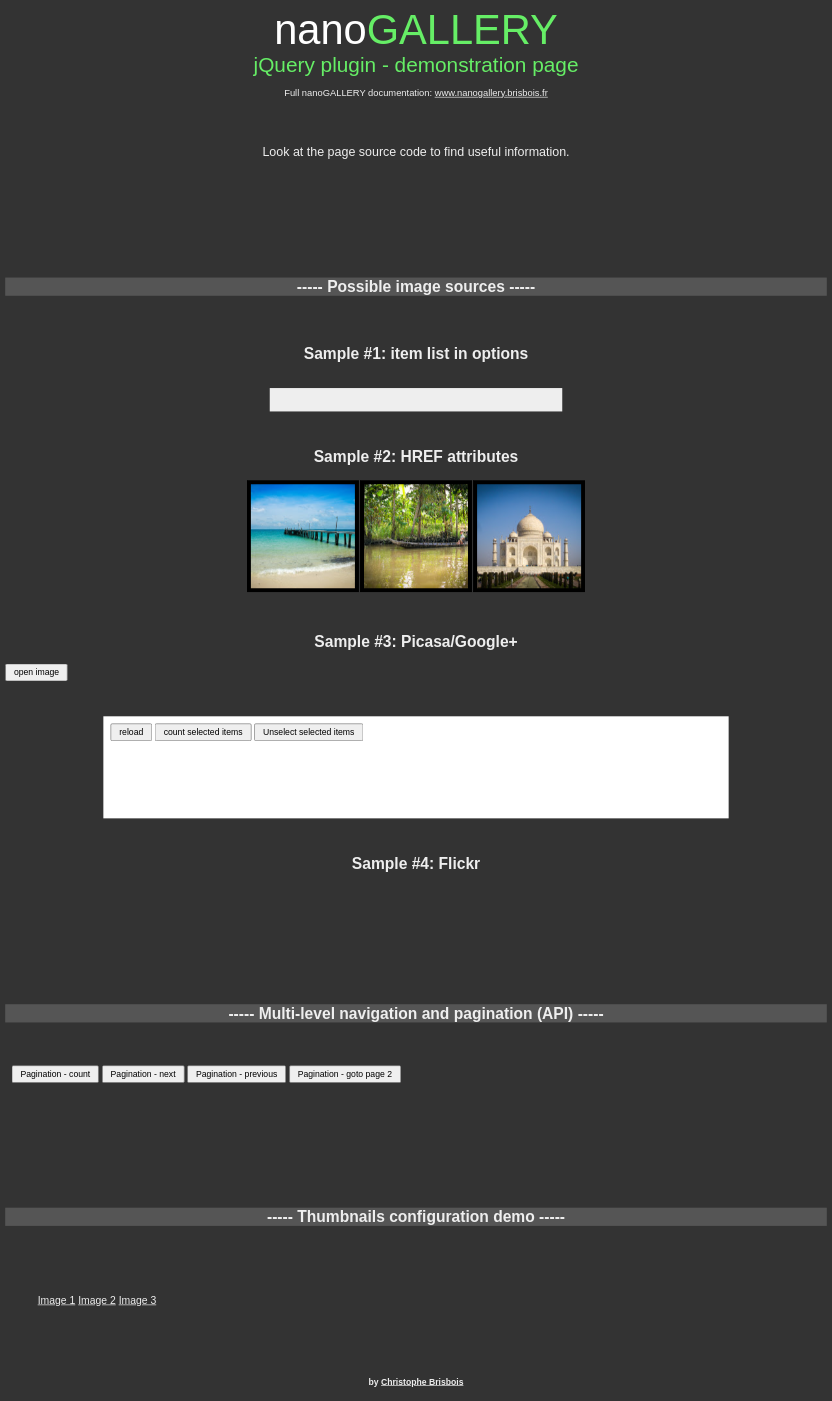
Repository: youwin1234/workspace
Page: nanoGALLERY-5.9.1/demonstration.1.html
The author's editor kept a record of every edit. The page is drawn from the files as they stood at one moment, then again after the next edit.
The browser window is 1280 px wide. The pictures show the whole page, at 65% of full size.

Above is the page before.

### nanoGALLERY-5.9.1/demonstration.1.html
<!DOCTYPE html PUBLIC "-//W3C//DTD XHTML 1.0 Strict//EN" "http://www.w3.org/TR/xhtml1/DTD/xhtml1-strict.dtd">
<html>

<head>
  <title>nanoGALLERY</title>
	<style>
		* {font-family: sans-serif; color:#fff;}
		a, h1, h2, h3, h4, h5 {text-align:center; color:#eee;}
		body {background:#333;}
	</style>



  <!-- nanoGALLERY                                                                                                          -->
  <!-- Plugin for jQuery by Christophe Brisbois                                                                             -->
  <!-- Demo & doc: http://nanogallery.brisbois.fr                                                                           -->
  <!-- Sources: https://github.com/Kris-B/nanoGALLERY                                                                       -->
  <!-- License: For personal, non-profit organizations, or open source projects, you may use nanoGALLERY for free.          -->
  <!-- -------- ALL OTHER USES REQUIRE THE PURCHASE OF A PROFESSIONAL LICENSE.                                              -->


  <!-- #################################################################################################################### -->
  <!-- jQuery                                                                                                               -->
  <!--                                                                                                                      -->
  <script type="text/javascript" src="third.party/jquery-1.7.1.min.js"></script>
  <!-- <script src="http://ajax.googleapis.com/ajax/libs/jquery/1.7.1/jquery.min.js"></script>  -->
  <!-- <script src="http://ajax.googleapis.com/ajax/libs/jquery/2.1.1/jquery.min.js"></script>  -->
  <!-- #################################################################################################################### -->


  <!-- #################################################################################################################### -->
  <!-- nanoGALLERY CSS files                                                                                                -->
  <!-- only include the css file corresponding to the selected theme                                                        -->
  <!-- include 'nanogallery.css' if no theme is specified                                                                   -->
  <!--                                                                                                                      -->
	<!-- nanoGALLERY - default theme css file                                                                                 -->
	<link href="css/nanogallery.css" rel="stylesheet" type="text/css">

  <!-- #################################################################################################################### -->

  <!-- #################################################################################################################### -->
	<!-- nanoGALLERY javascript                                                                                               -->
  <!--                                                                                                                      -->
	<script type="text/javascript" src="jquery.nanogallery.js"></script>
  <!--                                                                                                                      -->
  <!-- #################################################################################################################### -->





  	<script>
		$(document).ready(function () {


      // ##################################################################################################################
			// ##### Sample2 - inline elements / HREF #####
      // ##################################################################################################################
 			jQuery("#nanoGallery2").nanoGallery({thumbnailWidth:160,thumbnailHeight:160,
				itemsBaseURL:'demonstration',
				thumbnailHoverEffect:[{'name':'scaleLabelOverImage','duration':300},{'name':'borderLighter'}],
				colorScheme:'clean',
        locationHash: false,
				thumbnailLabel:{display:true,position:'overImageOnTop', align:'center'},
        viewerDisplayLogo:true
			});


		});
	</script>

</head>

<!-- <body style="background-color:#fff;"> -->
<body>

	<div style="color:#fff;text-align:center;font-size:4.0em;"><span style="color:#fff;">nano</span><span style="color:#6e6;">GALLERY</span></div>
	<div style="text-align:center;font-size:2em;color:#6e6">jQuery plugin - demonstration page</div>
	<div style="color:#eee;text-align:center;font-size:.9em;"><br>Full nanoGALLERY documentation: <a href="http://www.nanogallery.brisbois.fr">www.nanogallery.brisbois.fr</a></div>
	<br><br><br><br>
	<div style="color:#eee;text-align:center;font-size:1.2em;">Look at the page source code to find useful information.</div>

	<br><br><br><br><br><br><br><br><br>
	<h2 style="background:#555;">----- Possible image sources -----</h2>

	<br><br><h2>Sample #1: item list in options</h2>
	<div id="nanoGallery1"></div>
	<br>
	<div style="background:#eee;padding:'10px';margin:auto;max-width:450px;">
		<br>
		<div id="nanoGallery1a"></div>
		<br>
	</div>

	<br><br><h2>Sample #2: HREF attributes</h2>
	<div id="nanoGallery2">
		<a href="image_01.jpg" data-ngthumb="image_01ts.jpg" data-ngdesc="Lorem ipsum dolor sit amet, consectetur adipiscing elit. Proin sit amet interdum magna. Nunc luctus leo ut blandit tempor. Suspendisse at auctor lorem, sed hendrerit arcu.">Thailand</a>
		<a href="image_02.jpg" data-ngthumb="image_02ts.jpg" data-ngdesc="Lorem ipsum dolor sit amet, consectetur adipiscing elit.">Vietnam</a>
		<a href="image_03.jpg" data-ngthumb="image_03ts.jpg" data-ngdesc="" data-customdata='{"a":"1", "b":"2"}'>India</a>
	</div>

	<br><br><h2>Sample #3: Picasa/Google+</h2>
	<!-- <div style="margin:auto;max-width:960px;"> -->
  <button id="btnPicasaOpen" "type="button" style="color:#000;padding:4px;">&nbsp; open image &nbsp;</button>
	<div>
		<div id="nanoGallery3"></div>
	</div>
  <br><br><br>
	<div style="margin:auto;max-width:960px;background:#fff;color:#f00;padding:1px;">
    <div style="margin:10px;">
      <button id="btnReload" "type="button" style="color:#000;padding:4px;">&nbsp; reload &nbsp;</button>
      <button id="btnCountSelected" "type="button" style="color:#000;padding:4px;">&nbsp; count selected items &nbsp;</button>
      <button id="btnUnselect" "type="button" style="color:#000;padding:4px;">&nbsp; Unselect selected items &nbsp;</button>
    </div>
		<br><br><br>
    <div id="nanoGallery3a"></div>
    <br><br><br>
	</div>

	<br><br><h2>Sample #4: Flickr</h2>
	<div style="margin:auto;max-width:600px;">
		<div id="nanoGallery4"></div>
	</div>


	<br><br><br><br><br><br><br><br><br>
	<h2 style="background:#555;">----- Multi-level navigation and pagination (API) -----</h2><br><br>
    <div style="margin:10px;">
      <button id="btnPaginationCount" "type="button" style="color:#000;padding:4px;">&nbsp; Pagination - count &nbsp;</button>
      <button id="btnPaginationNext" "type="button" style="color:#000;padding:4px;">&nbsp; Pagination - next &nbsp;</button>
      <button id="btnPaginationPrevious" "type="button" style="color:#000;padding:4px;">&nbsp; Pagination - previous &nbsp;</button>
      <button id="btnPaginationGoto" "type="button" style="color:#000;padding:4px;">&nbsp; Pagination - goto page 2 &nbsp;</button>
    </div>
	<div id="nanoGalleryMLN"></div>


	<br><br><br><br><br><br><br><br><br>
	<h2 style="background:#555;">----- Thumbnails configuration demo -----</h2><br><br>

	<div id="nanoGalleryAnimation1" style="margin:50px">
    <a href="image_01.jpg" data-ngThumb="image_01ts.jpg" data-ngDesc="Lorem ipsum dolor sit amet, consectetur adipiscing elit.">Image 1</a>
    <a href="image_02.jpg" data-ngThumb="image_02ts.jpg">Image 2</a>
    <a href="image_03.jpg" data-ngThumb="image_03ts.jpg">Image 3</a>
  </div>


	<br><br><h5>by <a href="https://plus.google.com/111186676244625461692?rel=author">Christophe Brisbois</a></h5>
</body>
</html>

Loaded but not shown: nanoGALLERY-5.9.1/third.party/jquery-1.7.1.min.js (library); nanoGALLERY-5.9.1/jquery.nanogallery.js (library); nanoGALLERY-5.9.1/css/nanogallery.css (1057 lines, source omitted)

After the next edit:
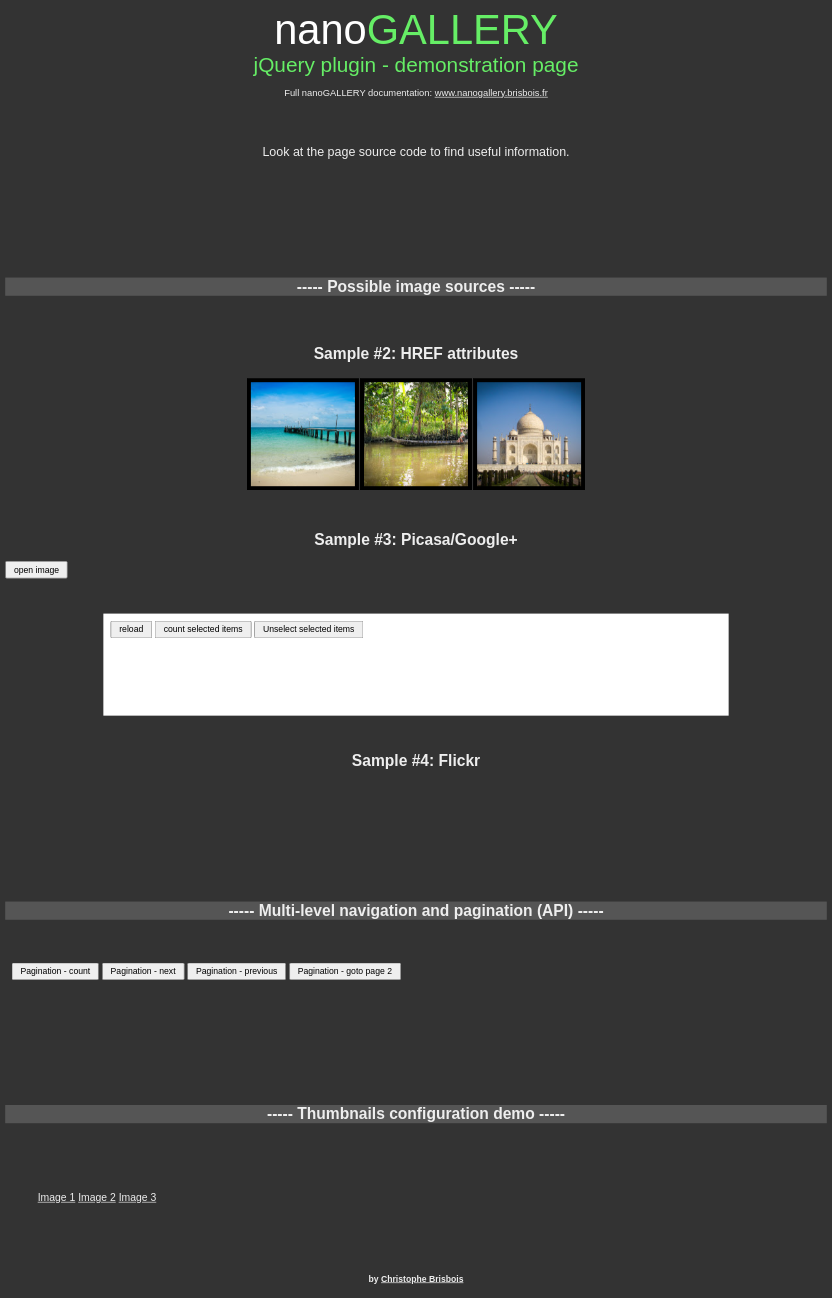
The edit:
--- a/nanoGALLERY-5.9.1/demonstration.1.html
+++ b/nanoGALLERY-5.9.1/demonstration.1.html
@@ -83,14 +83,6 @@
 	<br><br><br><br><br><br><br><br><br>
 	<h2 style="background:#555;">----- Possible image sources -----</h2>
 
-	<br><br><h2>Sample #1: item list in options</h2>
-	<div id="nanoGallery1"></div>
-	<br>
-	<div style="background:#eee;padding:'10px';margin:auto;max-width:450px;">
-		<br>
-		<div id="nanoGallery1a"></div>
-		<br>
-	</div>
 
 	<br><br><h2>Sample #2: HREF attributes</h2>
 	<div id="nanoGallery2">
